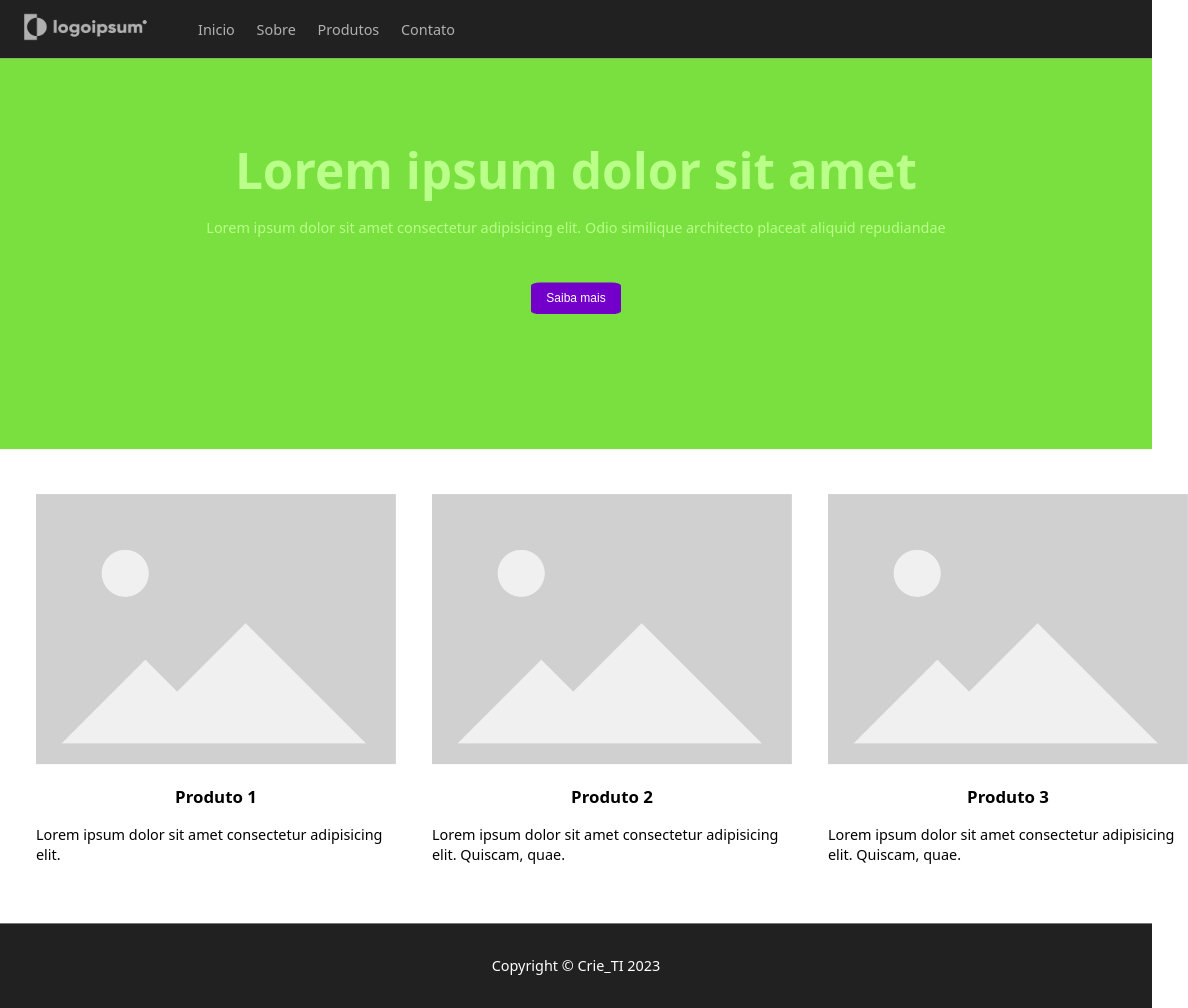
Repository: Carolden/SiteCrie_Ti
Page: index.html
An editor plug-in stored every save of this project. The page is shown before and after the next save, followed by the edit.
The browser window is 1280 px wide. The page is 1320 px wide, so the pictures cover 1320 px, including what lies to the right of the window. The pictures show the whole page, at 90% of full size.

Above is the page before, as saved 2023-04-23 22:04:41.

### index.html
<!DOCTYPE html>
<html lang="pt-BR">
<head>
    <meta charset="UTF-8">
    <meta http-equiv="X-UA-Compatible" content="IE=edge">
    <meta name="viewport" content="width=device-width, initial-scale=1.0">
    <title>Document</title>
    <link rel="stylesheet" type="text/css" href="index.css" media="screen" />
</head>
<body>

    <header>
        <div>
            <img src="images/logo.png" alt="logo" class="logo">
        </div>
        <nav>
            <a href="inicio">Inicio</a>
            <a href="sobre">Sobre</a>
            <a href="produtos">Produtos</a>
            <a href="contato">Contato</a>
        </nav>
    </header>

    <main>

    <section class="banner">
        <h1>Lorem ipsum dolor sit amet</h1>
        <p>Lorem ipsum dolor sit amet consectetur adipisicing elit. Odio similique architecto placeat aliquid repudiandae</p>
        <button>Saiba mais</button>
    </section>

    <section class="produtos">
        <div class="row">
            <div class="column">
                <img src="images/placeholder.png" alt="imagem1">
                <h3>Produto 1</h3>
                <p>Lorem ipsum dolor sit amet consectetur adipisicing elit. </p>
            </div>

            <div class="column">
                <img src="images/placeholder.png" alt="imagem2">
                <h3>Produto 2</h3>
                <p>Lorem ipsum dolor sit amet consectetur adipisicing elit. Quiscam, quae.</p>
            </div>

            <div class="column">
                <img src="images/placeholder.png" alt="imagem3">
                <h3>Produto 3</h3>
                <p>Lorem ipsum dolor sit amet consectetur adipisicing elit. Quiscam, quae.</p>
            </div>
        </div>
    </section>

    <footer>
        <div>
            <p> Copyright © Crie_TI 2023</p>
        </div>
    </footer>



    </main>





</body>
</html>

### index.css
body {
    border: 0;
    margin: 0;
    padding: 0;
    font-family: system-ui, -apple-system, BlinkMacSystemFont, 'Segoe UI', Roboto, Oxygen, Ubuntu, Cantarell, 'Open Sans', 'Helvetica Neue', sans-serif;
}


header {
    background-color: #212121;
    display: flex;
    align-items: center;
    width: 100%;
    top: 0;
    padding-left: 20px;
    padding-right: 20px;
    box-sizing: border-box;
}

header nav a {
    color: #B0B0B0;
    text-decoration: none;
    padding: 10px;

}

.logo {
    width: 150px;
    height: 60px;
    padding-right: 40px;
}

.banner {
    background-color: rgb(121, 224, 63);
    color: rgb(185, 255, 137);
    text-align: center;
    padding-top: 40px;
    padding-bottom: 150px;


}

button {
    background-color: rgb(114, 0, 202);
    color: #ffffff;
    text-align: center;
    padding: 10px;
    padding-left: 17px;
    padding-right: 17px;
    border-radius: 10%;
    border-style: hidden    ;
}

.banner h1 {
    font-size: 55px;
    margin-bottom: -30px;
}

.banner p {
    padding-bottom: 50px;
    padding-top: 30px;
    margin-bottom: 0px;
}

.produtos {
    display: flex;
    padding-bottom: 50px;
}

.produtos p {
    text-align: left
}

.row {
    display: flex;
    width: 100%;
    text-align: center;
}


.column {
    width: 100%;
    margin-left: 40px;
    margin-top: 50px;

}


.column img {
    width: 400px;
    height: 300px;
    object-fit: cover;

}

footer {
    background-color: #212121;
    color: white;
    padding: 20px;
    text-align: center;
}

After the next save:
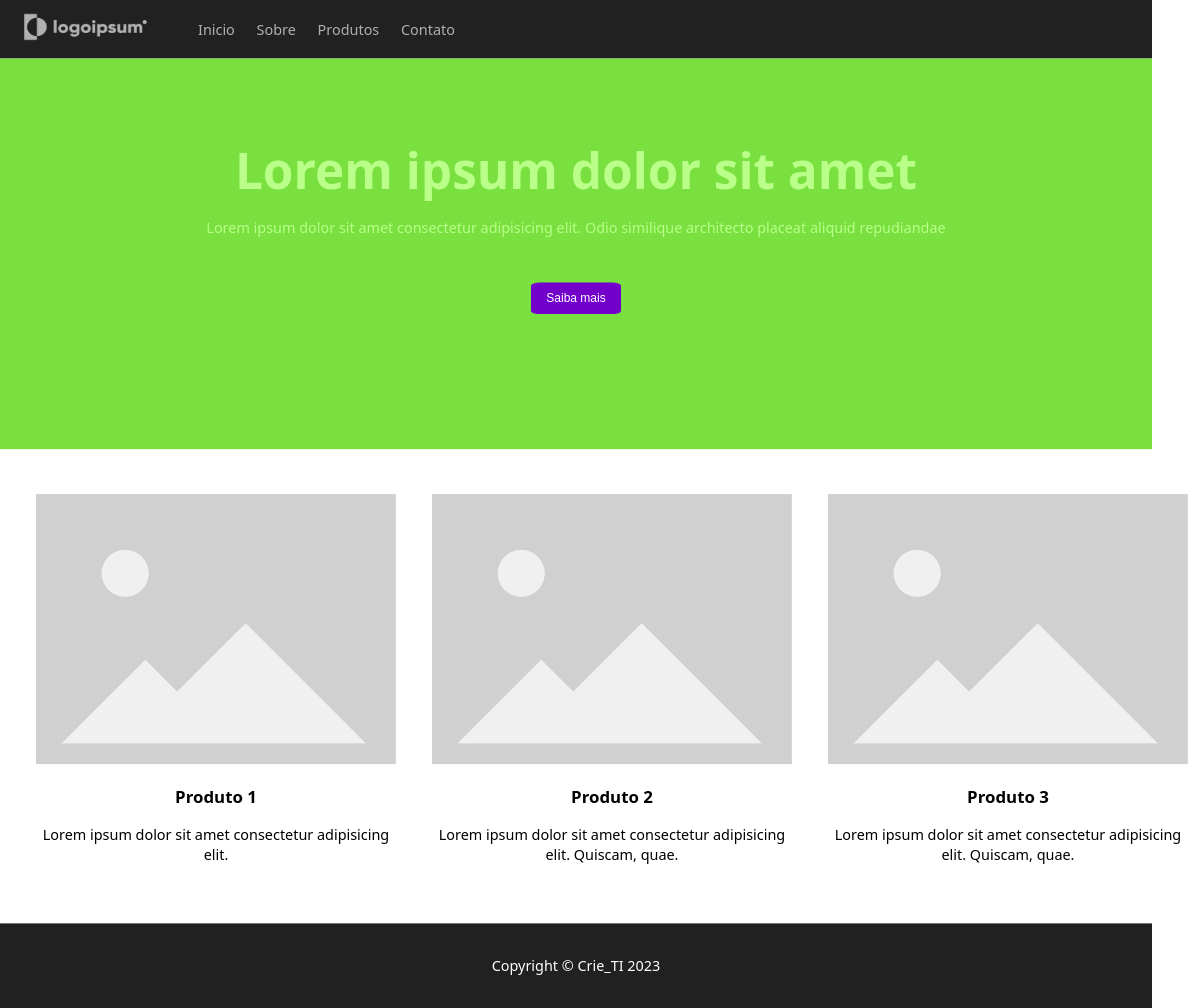
Saved 34 s later.
--- a/index.css
+++ b/index.css
@@ -65,11 +65,10 @@ button {
 .produtos {
     display: flex;
     padding-bottom: 50px;
+
+
 }
 
-.produtos p {
-    text-align: left
-}
 
 .row {
     display: flex;
